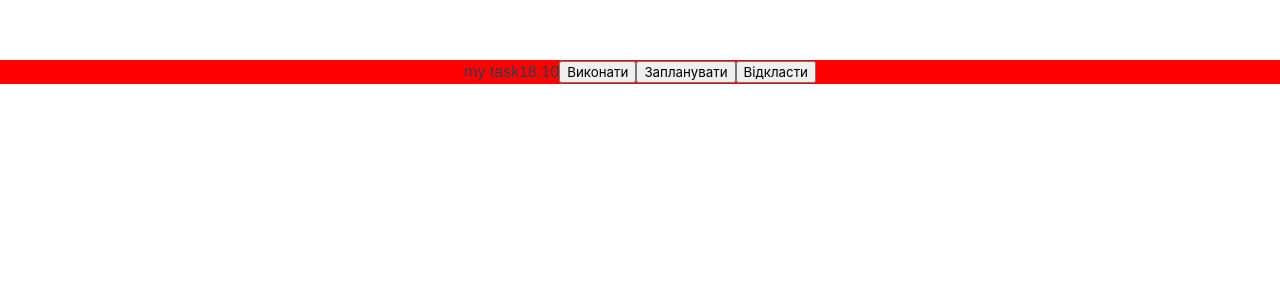
Repository: Olegche/sushi
Page: /
An editor plug-in stored every save of this project. The page is shown before and after the next save, followed by the edit.
The browser window is 1280 px wide. The pictures show the whole page.
The project was rebuilt for these pictures with package versions that can differ from the ones it lists, and the page was loaded fresh each time.

Above is the page before, as saved 2020-10-07 20:00:54.

### public/index.html
<!DOCTYPE html>
<html lang="en">
  <head>
    <meta charset="utf-8">
    <meta http-equiv="X-UA-Compatible" content="IE=edge">
    <meta name="viewport" content="width=device-width,initial-scale=1.0">
    <link rel="icon" href="<%= BASE_URL %>favicon.ico">
    <title>sushi</title>
  </head>
  <body>
    <noscript>
      <strong>We're sorry but <%= htmlWebpackPlugin.options.title %> doesn't work properly without JavaScript enabled. Please enable it to continue.</strong>
    </noscript>
    <div id="app"></div>
    <!-- built files will be auto injected -->
  </body>
</html>

### src/main.js
import Vue from 'vue'
import App from './App.vue'
import Buefy from 'buefy'
import 'buefy/dist/buefy.css'


Vue.use(Buefy)


Vue.config.productionTip = false



new Vue({
  render: h => h(App),
}).$mount('#app')

### src/App.vue
<template>
  <div id="app">
    <todo-item
     task='my task'
     time='18.10'
     status='POSTPONED'/>
  </div>
</template>

<script>
import TodoItem from "./components/TodoList/TodoItem";
export default {
  name: 'App',
  components: {
    TodoItem
  }
}
</script>

<style>
#app {
  font-family: Avenir, Helvetica, Arial, sans-serif;
  -webkit-font-smoothing: antialiased;
  -moz-osx-font-smoothing: grayscale;
  text-align: center;
  color: #2c3e50;
  margin-top: 60px;
}
</style>

### src/components/TodoList/TodoItem/index.vue
<template>
    <div :class="statusClass">
        <span>{{task}}</span>
        <span>{{time}}</span>
        <button>Виконати</button>
        <button>Запланувати</button>
        <button>Відкласти</button>
    </div>
</template>

<script>
    export default {
        name:"TodoItem",

        props: {
            task: {
                type: String,
                default:'',
            },
            time: {
                type: String,
                default:'',
            },
            status:{
                type: String,
                default:'',
            }
        },

        computed: {
            statusClass() {
                switch (this.status) {
                    case 'NEW': return 'new'

                    case 'IN-PROGRES': return 'in-progres'

                    case 'POSTPONED': return 'postponed'

                    default:
                        return 'new'

                }
            }
        },
    }
</script>

<style lang="css" scoped>
.new{
    background-color: green;
}
.in-progres{
    background-color: yellow;
}
.postponed{
    background-color: red;
}
</style>

### src/components/TodoList/index.vue
<template>
    <div>
        <div>{{title}}</div>
        <div>
            <todo-item v-for="taskItem in tasksList" :key="taskItem.id"
                :task="taskItem.task"
                :time="taskItem.time"
                :status='taskItem.status'
             />
        </div>
    </div>
</template>

<script>
import TodoItem from "./TodoItem";
    export default {
        name:"TodoList",

        components: {
            TodoItem,
        },

        props: {
            tasksList: {
                type: Array,
                default: ()=>[]
            },
            title:{
                type:String,
                default:'no title'
            }
        },
    }
</script>

<style lang="scss" scoped>

</style>

After the next save:
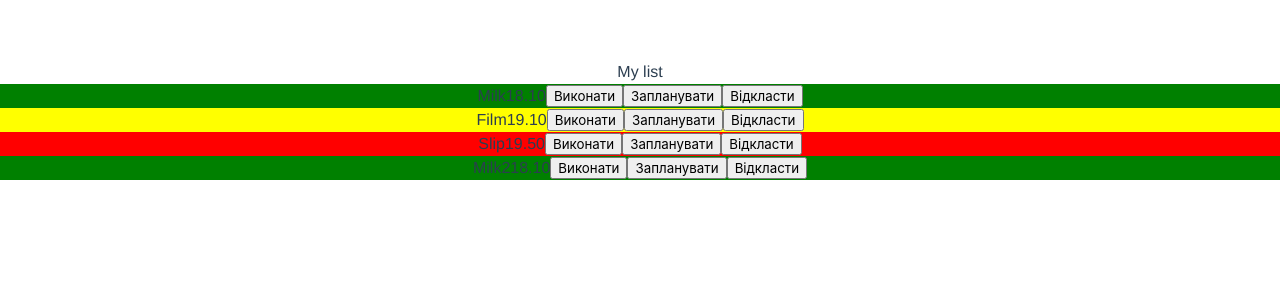
Saved 4 min 13 s later.
--- a/src/App.vue
+++ b/src/App.vue
@@ -1,19 +1,49 @@
 <template>
   <div id="app">
-    <todo-item
-     task='my task'
-     time='18.10'
-     status='POSTPONED'/>
+    <todo-list
+    title="My list"
+    :tasksList="myList"/>
   </div>
 </template>
 
 <script>
-import TodoItem from "./components/TodoList/TodoItem";
+import TodoList from "./components/TodoList";
 export default {
   name: 'App',
   components: {
-    TodoItem
-  }
+    TodoList
+  },
+
+  data() {
+    return {
+      myList: [
+        {
+          id:1,
+          task:"Milk",
+          time:'18.10',
+          status:"NEW"
+        },
+        {
+          id:2,
+          task:"Film",
+          time:'19.10',
+          status:"IN-PROGRES"
+        },
+        {
+          id:3,
+          task:"Slip",
+          time:'19.50',
+          status:"POSTPONED"
+        },
+        {
+          id:4,
+          task:"Milk2",
+          time:'18.10',
+          status:"NEW"
+        },
+      ]
+    }
+  },
 }
 </script>
 
